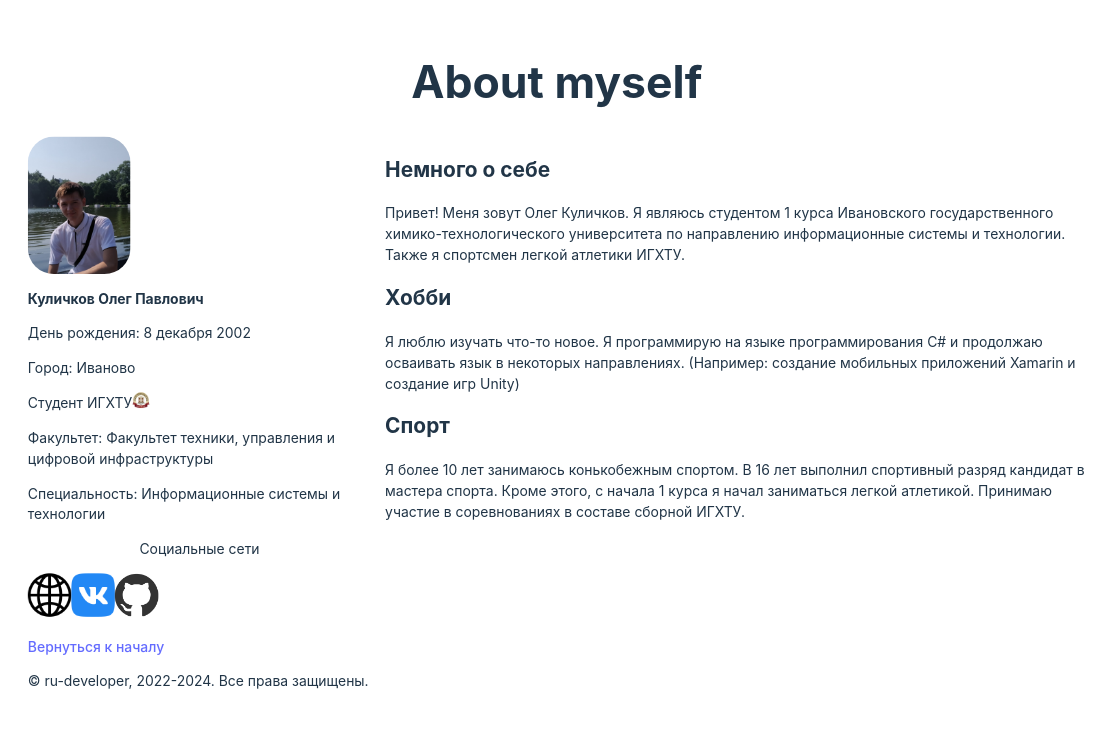
Repository: HubOl01/my_profile
Page: /
These files come from the project's save history. The page is drawn as it stood at one moment and after a run of saves; the edit follows.
The browser window is 1280 px wide. The pictures show the whole page, at 87% of full size.
The project was rebuilt for these pictures with package versions that can differ from the ones it lists, and the page was loaded fresh each time. Also part of the build but not shown: vite.config.ts.

Above is the page before, as saved 2024-03-06 08:41:22.

### src/App.tsx
import { Grid } from '@mui/material'
import './App.css'
import Common from './components/center/Common'
import Footer from './components/footer/Footer'
import Header from './components/header/Header'
import LeftBar from './components/left/LeftBar'


function App() {

  return (
    <>
      <Header />
      <Grid container spacing={2}>
        <Grid item xs={4}>
          <LeftBar />
        </Grid>
        <Grid item xs>
          <Common />
        </Grid>
      </Grid>
      <Footer />
    </>
  )
}

export default App

### src/App.css
#root {
  max-width: 1280px;
  margin: 0 auto;
  padding: 2rem;
  /* text-align: center; */
}
.logo:hover {
  filter: drop-shadow(0 0 2em #646cffaa);
}
.logo.react:hover {
  filter: drop-shadow(0 0 2em #61dafbaa);
}

@keyframes logo-spin {
  from {
    transform: rotate(0deg);
  }
  to {
    transform: rotate(360deg);
  }
}

@media (prefers-reduced-motion: no-preference) {
  a:nth-of-type(2) .logo {
    animation: logo-spin infinite 20s linear;
  }
}

.card {
  padding: 2em;
}

.read-the-docs {
  color: #888;
}

### src/components/center/Common.tsx
import React from 'react'

export default function Common() {
  return (
    <div className="Text">
      <h2>Немного о себе</h2>
      <p>
        Привет! Меня зовут Олег Куличков. Я являюсь студентом 1 курса
        Ивановского государственного химико-технологического университета по
        направлению информационные системы и технологии. Также я спортсмен
        легкой атлетики ИГХТУ.
      </p>
      <h2>Хобби</h2>
      <p>
        Я люблю изучать что-то новое. Я программирую на языке программирования
        C# и продолжаю осваивать язык в некоторых направлениях. (Например:
        создание мобильных приложений Xamarin и создание игр Unity)
      </p>
      <h2>Спорт</h2>
      <p>
        Я более 10 лет занимаюсь конькобежным спортом. В 16 лет выполнил
        спортивный разряд кандидат в мастера спорта. Кроме этого, с начала 1
        курса я начал заниматься легкой атлетикой. Принимаю участие в
        соревнованиях в составе сборной ИГХТУ.
      </p>
    </div>
  )
}

### src/components/footer/Footer.tsx
import React from 'react'

export default function Footer() {
  return (
    <footer className="text-muted">
    <div className="container">
      <p className="float-right">
        <a href="#">Вернуться к началу</a>
      </p>
      <p className="footer-text">© ru-developer, 2022-{(new Date()).getFullYear()}. Все права защищены.</p>
    </div>
  </footer>
  )
}

### src/components/header/Header.tsx
import './Header.style.scss'

export default function Header() {
  return (
    <header>
      <div>
        <h1>About myself</h1>
      </div>
    </header>
  )
}

### src/components/left/LeftBar.tsx
import './LeftBar.style.scss'
import about from '../../assets/images/About.jpg'
import isuct from '../../assets/images/isuct.png'
import web from '../../assets/images/web.png'
import vk from '../../assets/images/vk.png'
import github from '../../assets/images/GitHub.png'

const LeftBar = () => {
  return (
    <>
      <div>
        <a title="Куличков Олег" href="https://vk.com/oleg01f">
          <img
            alt="about"
            src={about}
            // width={400}

            // backgroundSize: 'contain'
            style={{
              borderRadius: '30px',
              display: 'flex',
              // position: "absolute",
              // position: "absolute",
              // left: 0,
              // top: 0,
              width: "30%", //auto
              // maxWidth:"100%"
              // objectFit: "scale-down"
              // backgroundSize: 'contain',
              // backgroundRepeat: 'no-repeat'
            }}
            data-holder-rendered="true"
          />
        </a>
        <div>
          <p>
            <b>Куличков Олег Павлович</b>
          </p>
          <p>
            <span >День рождения:</span> 8 декабря 2002
          </p>
          <p>
            <span className="text-format">Город:</span> Иваново
          </p>
          <p>
            Студент ИГХТУ
            <img
              className="isuct"
              alt="ISUCT"
              src={isuct}
              width={20}
            // data-holder-rendered="true"
            />
          </p>
          <p>
            <span className="text-format">Факультет:</span> Факультет техники,
            управления и цифровой инфраструктуры
          </p>
          <p>
            <span className="text-format">Специальность:</span> Информационные
            системы и технологии
          </p>
          <p style={{
            "textAlign": "center"
          }}>
            <span className="text-format" >Социальные сети</span>
          </p>
          <div className="websites" style={{
            "textAlign": "center",
            "display": "inline-flex",
            "justifyContent": "center"
          }}>
            <div className="web1">
              <a
                href="mailto:kuloleg54@gmail.com?subject=Вопрос от подписчика"
                title="Email"
              >
                <img
                  className="img-icon"
                  alt="Email"
                  src={web}
                  width={40}
                />
              </a>
            </div>
            <div className="web2">
              <a href="https://vk.com/oleg01f" title="Vk">
                <img
                  className="img-icon"
                  alt="Vk"
                  src={vk}
                  width={20}
                />
              </a>
            </div>
            <div className="web3">
              <a href="https://github.com/HubOl01" title="GitHub">
                <img
                  className="img-icon"
                  alt="GitHub"
                  src={github}
                  width={20}
                />
              </a>
            </div>
          </div>
        </div>
      </div>
    </>
  )
}

export default LeftBar

### src/components/left/LeftBar.style.scss
.img-icon{
    width: 50px;
    height: 50px;
}
div{
    display: "flex";
}

Loaded but not shown: index.html (common file); src/main.tsx (common file); src/index.css (common file); src/components/header/Header.style.scss (common file)

After the next 3 saves:
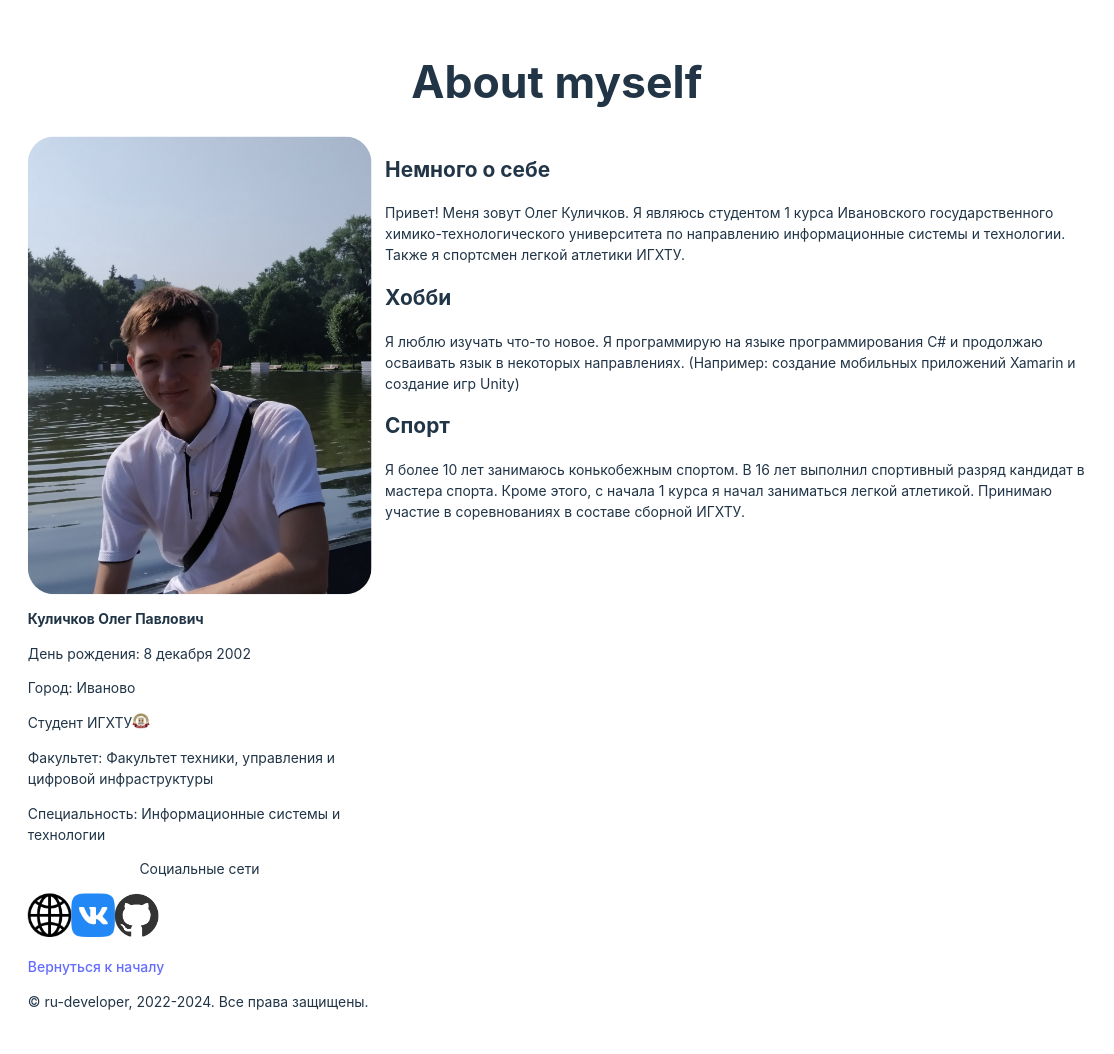
The 3 saves are shown as one change because they came seconds apart.
The last was saved 12 s later.
--- a/src/components/left/LeftBar.tsx
+++ b/src/components/left/LeftBar.tsx
@@ -23,7 +23,7 @@ const LeftBar = () => {
               // position: "absolute",
               // left: 0,
               // top: 0,
-              width: "30%", //auto
+              width: "100%", //auto
               // maxWidth:"100%"
               // objectFit: "scale-down"
               // backgroundSize: 'contain',
